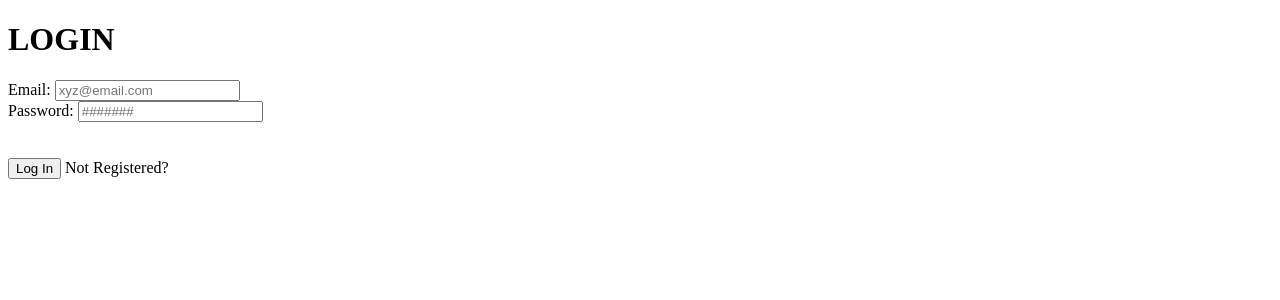
Repository: smokiesam/OnlineVotingSystem
Page: servletvoting/src/main/webapp/index.html
The author's editor kept a copy of each file at every save. The page is drawn from the files as they stood at one save, then again after the next save.
The browser window is 1280 px wide. The pictures show the whole page.

Above is the page before, as saved 2024-12-03 10:48:08.

### servletvoting/src/main/webapp/index.html
<!DOCTYPE html>
<html>
<head>
<meta charset="ISO-8859-1">
<title>LOGIN</title>
</head>
<body>
	<h1 style="text-align:'centre';">LOGIN</h1>
	<form method="post" action="login">
		<label>Email:</label>
		<input type="text" name="email" placeholder="xyz@email.com" ><br>
		<label>Password:</label>
		<input type="password" name="passwd" placeholder="#######" ><br/>
		<br><br>
		<input type="submit" value="Log In" >
		Not Registered?<a href="newuser.html>Sign Up</a>
	</form>
</body>
</html>

After the next save:
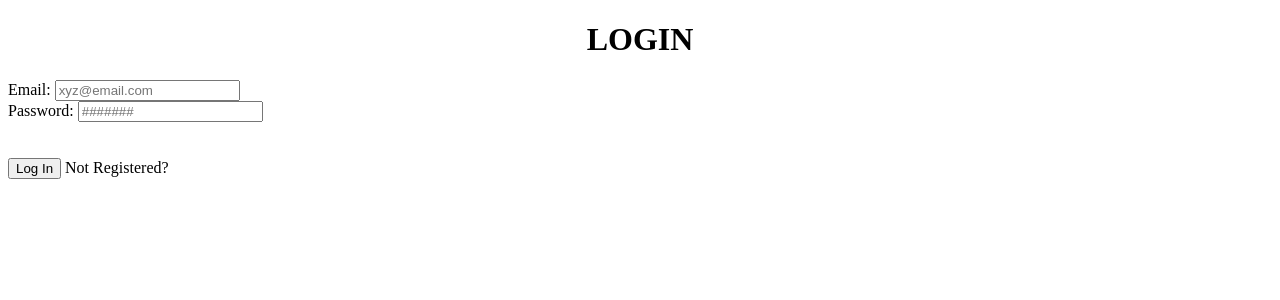
Saved 2 min 3 s later.
--- a/servletvoting/src/main/webapp/index.html
+++ b/servletvoting/src/main/webapp/index.html
@@ -5,7 +5,7 @@
 <title>LOGIN</title>
 </head>
 <body>
-	<h1 style="text-align:'centre';">LOGIN</h1>
+	<h1 style="text-align: center;"">LOGIN</h1>
 	<form method="post" action="login">
 		<label>Email:</label>
 		<input type="text" name="email" placeholder="xyz@email.com" ><br>
